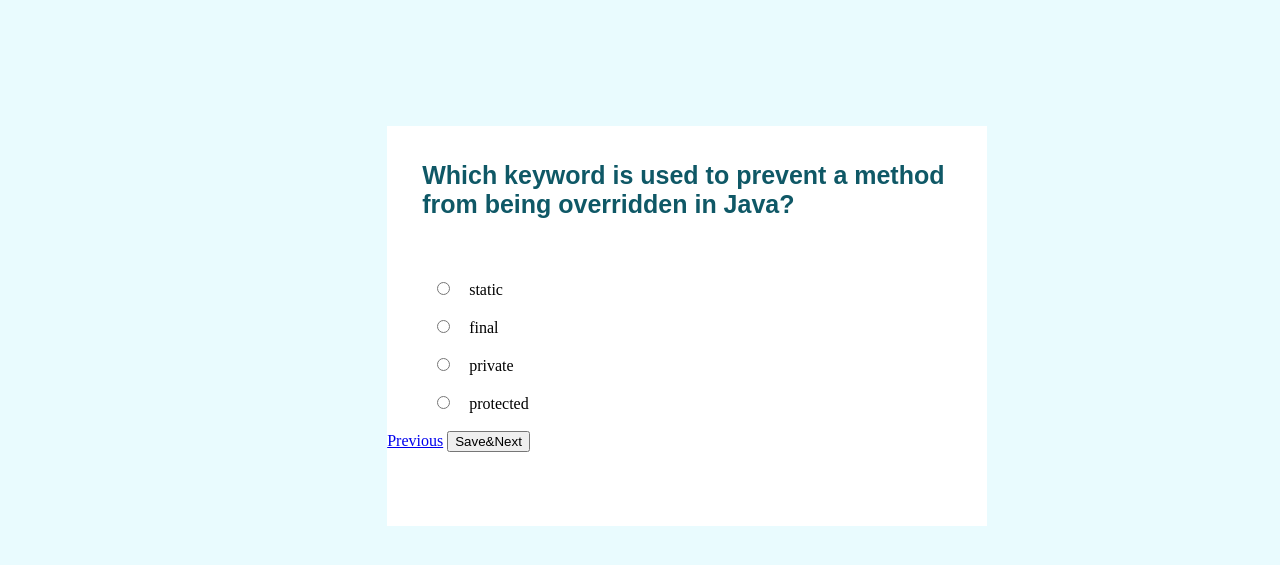
Repository: Rupali-8062Chourasiya5279/Internship_Task_Rupali
Page: Programming Language/quiz/QuizApp/src/main/webapp/Fifth.html
These files come from the project's save history. The page is drawn as it stood at one moment and after the next save; the edit follows.
The browser window is 1280 px wide. The pictures show the whole page.

Above is the page before, as saved 2025-01-24 13:57:50.

After the next save:
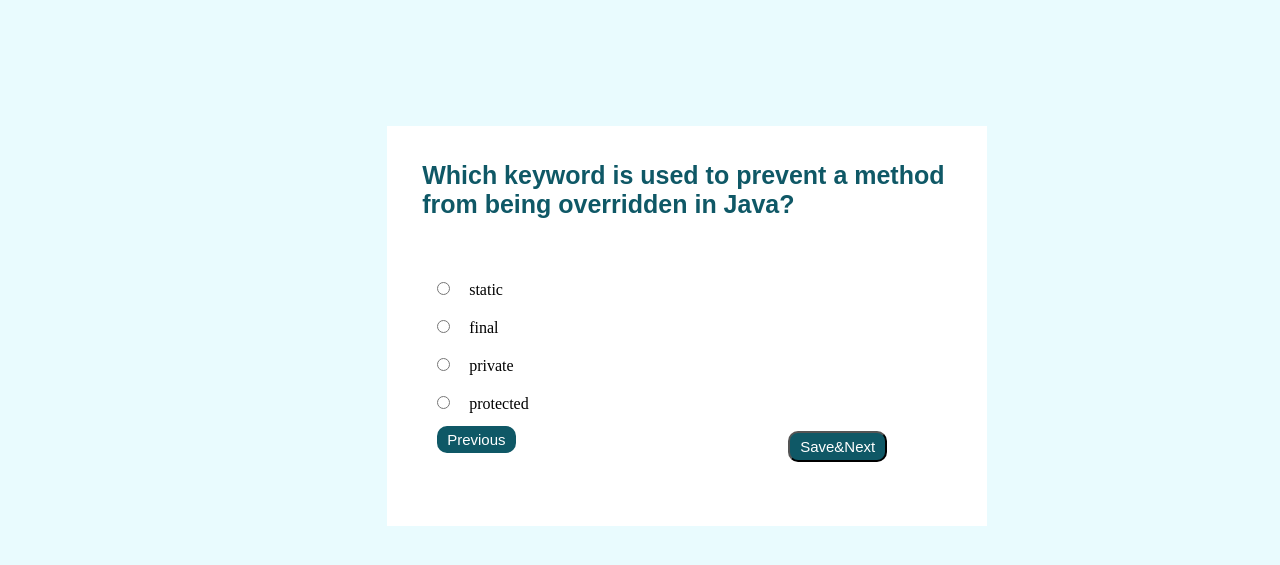
Saved 53 s later.
--- a/Programming Language/quiz/QuizApp/src/main/webapp/Fifth.html
+++ b/Programming Language/quiz/QuizApp/src/main/webapp/Fifth.html
@@ -65,8 +65,8 @@ margin-top: 10%;
 	<input class="c1"  type="radio" name="q5" value="final">&emsp;final</input><br><br>
 	<input class="c1"  type="radio" name="q5" value="private">&emsp;private</input><br><br>
 	<input class="c1"  type="radio" name="q5" value="protected">&emsp;protected</input><br><br>
-	<a href="Fourth.html">Previous</a>
-	<input type="submit" value="Save&Next">
+	<a  id = "a" href="Fourth.html">Previous</a>
+	<input  id = "sub" type="submit" value="Save&Next">
 	</div>
 	</form>
 </body>
